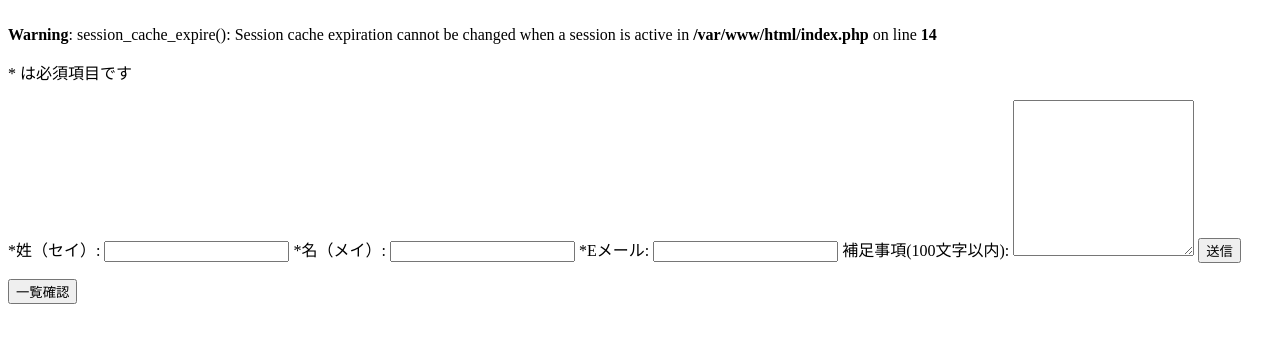
Repository: yoshiryoryo/phpform2
Page: http://localhost/
The author's editor kept a copy of each file at every save. The page is drawn from the files as they stood at one save, then again after a run of saves.
The browser window is 1280 px wide. The pictures show the whole page.
The page is run by PHP 8.4 with error messages shown; the project is at /var/www/html/.

Above is the page before, as saved 2021-03-06 23:57:09.

After the next 2 saves:
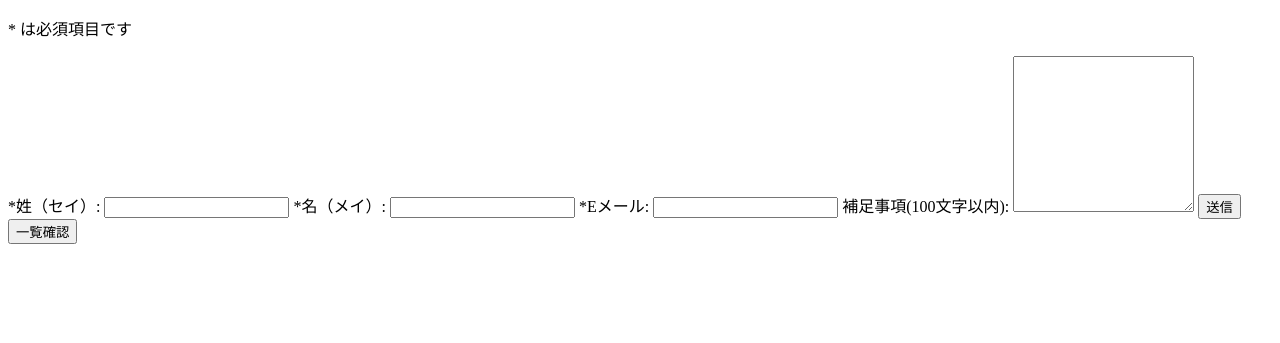
The 2 saves are shown as one change because they came seconds apart.
The last was saved 2 min 7 s later.
--- a/index.php
+++ b/index.php
@@ -10,9 +10,6 @@ function generateToken()
 }
 $token = generateToken();
 $_SESSION['token'] = $token;
-
-session_cache_expire(1/6);
-session_destroy();
 
 
 ?>
